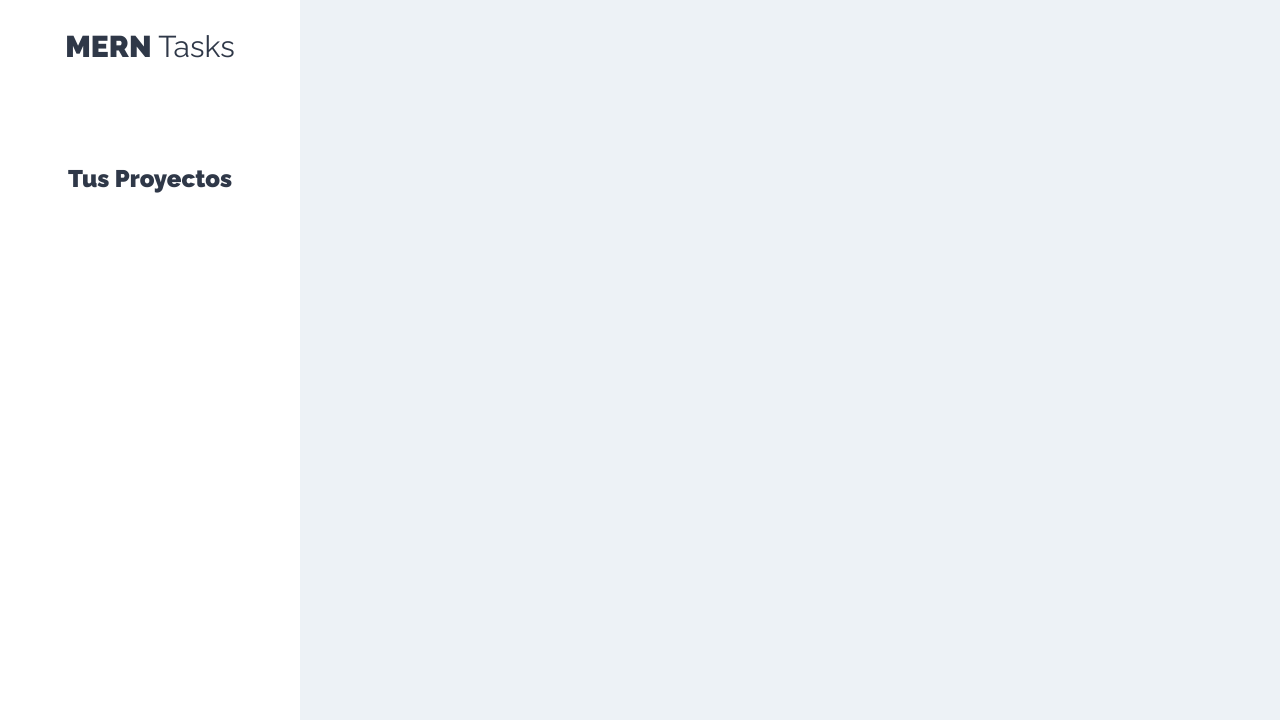
Repository: tive02/MERNTask-cliente
Page: /proyectos
The author's editor kept a copy of each file at every save. The page is drawn from the files as they stood at one save, then again after the next save.
The browser window is 1280 px wide. The pictures show the whole page.
The project was rebuilt for these pictures with package versions that can differ from the ones it lists, and the page was loaded fresh each time. Also part of the build but not shown: src/components/auth/Login.js, src/components/auth/NuevaCuenta.js.

Above is the page before, as saved 2021-03-19 20:49:13.

### public/index.html
<!DOCTYPE html>
<html lang="en">
  <head>
    <meta charset="utf-8" />
    <link rel="icon" href="%PUBLIC_URL%/favicon.ico" />
    <meta name="viewport" content="width=device-width, initial-scale=1" />
    <meta name="theme-color" content="#000000" />
    <meta
      name="description"
      content="Web site created using create-react-app"
    />
    <link rel="apple-touch-icon" href="logo192.png" />

    <link rel="manifest" href="%PUBLIC_URL%/manifest.json" />
    <link
      rel="stylesheet"
      href="https://cdnjs.cloudflare.com/ajax/libs/normalize/8.0.1/normalize.min.css"
    />
    <link
      href="https://fonts.googleapis.com/css?family=Raleway:400,900|Roboto:300,400,700&display=swap"
      rel="stylesheet"
    />
    <title>MERNTasks</title>
  </head>
  <body>
    <noscript>You need to enable JavaScript to run this app.</noscript>
    <div id="root"></div>
  </body>
</html>

### src/index.css
:root {
  --blanco: #ffffff;
  --gris1: #edf2f6;
  --gris2: #2f3848;
  --gris3: #1a202d;
  --negro: #000000;
  --headingFont: "Raleway", sans-serif;
  --textFont: "Roboto", sans-serif;
}
*,
*:before,
*:after {
  box-sizing: inherit;
}
html {
  box-sizing: border-box;
  height: 100%;
  font-size: 62.5%;
}
body {
  min-height: 100%;
  background-color: var(--gris1);
  font-size: 16px;
  font-size: 1.6rem;
  font-family: var(--textFont);
}

h1,
h2 {
  font-family: var(--headingFont);
  font-weight: 900;
  margin: 0 0 4rem 0;
  text-align: center;
  color: var(--gris2);
}
h1 span {
  font-weight: 400;
}
h1 {
  font-size: 3rem;
}
h2 {
  font-size: 2.4rem;
}
ul {
  list-style: none;
  padding: 0;
  margin: 0;
}
a {
  text-decoration: none;
  color: var(--gris2);
}

/** BOTONES **/
.btn {
  margin-top: 2rem;
  font-family: var(--headingFont);
  padding: 1.5rem;
  font-size: 1.4;
  font-weight: 400;
  border-radius: 0.5rem;
  border: none;
  transition: background-color 0.3s ease;
}
.btn:hover {
  cursor: pointer;
}
.btn-primario {
  background-color: var(--gris2);
  color: var(--blanco);
}
.btn-primario:hover {
  background: var(--gris3);
}
.btn-secundario {
  background-color: var(--gris1);
}
.btn-block {
  display: block;
  width: 100%;
}
.btn-submit:hover {
  background-color: var(--gris2);
}
.btn-blank {
  margin: 0;
  padding: 0;
  display: block;
  background-color: transparent;
}

@media (min-width: 768px) {
  .contenedor-app {
    display: flex;
    min-height: 100vh;
  }

  aside {
    background-color: var(--blanco);
    flex: 0 0 300px;
  }
  .seccion-principal {
    flex: 1;
  }
}

/* BARRA LATERAL */
aside {
  padding: 3rem;
}

.formulario-nuevo-proyecto {
  margin-top: 6rem;
}
.formulario-nuevo-proyecto .input-text {
  border-bottom: 1px solid var(--gris2);
  border-radius: 0;
  background-color: var(--gris1);
}
.formulario-nuevo-proyecto .input-text::placeholder {
  color: var(--gris2);
}
.proyectos {
  margin-top: 10rem;
}
.listado-proyectos li {
  margin-bottom: 2rem;
}
.listado-proyectos li a {
  font-size: 1.4rem;
  color: var(--gris2);
  line-height: 1.5;
  font-weight: 300;
}
.app-header {
  display: flex;
  justify-content: space-between;
  background-color: var(--gris2);
  padding: 4rem;
}
.nombre-usuario {
  color: var(--blanco);
  font-size: 2.2rem;
  margin: 0;
}
.nombre-usuario span {
  font-weight: 900;
}
.nav-principal a {
  color: var(--blanco);
  text-decoration: none;
}
.nav-principal a:first-of-type {
  margin-right: 2rem;
}

/** Formulario crear y editar tareas **/
.formulario {
  background-color: var(--gris3);
  padding: 4rem;
}
.formulario form {
  max-width: 600px;
  margin: 0 auto;
}
.contenedor-input {
  display: flex;
}
.contenedor-input label {
  margin-bottom: 1rem;
  color: var(--blanco);
}
.input-text {
  padding: 1rem;
  border: none;
  border-radius: 0.5rem;
  flex: 1;
  width: 100%;
}

/** TAREAS LISTADO **/
.contenedor-tareas {
  padding: 4rem;
}

.listado-tareas {
  max-width: 600px;
  margin: 0 auto;
}

.tarea {
  display: flex;
  justify-content: space-between;
  background-color: var(--blanco);
  padding: 0.5rem 2rem;
  align-items: center;
  margin-bottom: 1rem;
  border-radius: 0.5rem;
}
.sombra {
  -webkit-box-shadow: 0px 4px 10px -3px rgba(117, 117, 117, 1);
  -moz-box-shadow: 0px 4px 10px -3px rgba(117, 117, 117, 1);
  box-shadow: 0px 4px 10px -3px rgba(117, 117, 117, 1);
}
.sombra-dark {
  -webkit-box-shadow: 0px 6px 11px -8px rgba(0, 0, 0, 0.9);
  -moz-box-shadow: 0px 6px 11px -8px rgba(0, 0, 0, 0.9);
  box-shadow: 0px 6px 11px -8px rgba(0, 0, 0, 0.9);
}
.tarea .acciones .btn:first-of-type {
  margin-right: 1rem;
}
.tarea p {
  font-size: 1.6rem;
  flex: 1;
  padding-right: 2rem;
}
.tarea .btn {
  padding: 0.8rem;
  font-size: 1.4rem;
  border-radius: 0;
  margin: 0;
}

.estado {
  margin-right: 1rem;
}
.estado button,
.mensaje {
  font-weight: 900;
  font-family: var(--textFont);
  font-size: 1rem;
  padding: 0.5rem;
  border-radius: 0.5rem;
  cursor: pointer;
  border: none;
}
.mensaje {
  text-align: center;
  font-size: 1.6rem;
  border-radius: 0;
}
.mensaje:hover {
  cursor: default;
}
.completo,
.correcto {
  background-color: rgba(154, 252, 154, 0.3);
  color: var(--gris3);
}
.incompleto {
  background-color: rgba(255, 178, 178, 0.4);
  color: var(--gris3);
}
.error {
  max-width: 600px;
  margin: 2rem auto 0 auto;
  background-color: rgb(170, 0, 0);
  color: var(--blanco);
}

.tarea-enter,
.proyecto-enter {
  opacity: 0;
}
.tarea-enter-active,
.proyecto-enter-active {
  opacity: 1;
  transition: opacity 200ms;
}
.tarea-exit,
.proyecto-exit {
  opacity: 1;
}
.tarea-exit-active,
.proyecto-exit-active {
  opacity: 0;
  transition: opacity 200ms;
}

.form-usuario {
  background-color: var(--gris2);
  height: 100vh;
  min-height: 800px;
  display: flex;
  align-items: center;
  justify-content: center;
}

.contenedor-form {
  padding: 5rem 3rem;
  max-width: 500px;
  width: 95%;
  background-color: var(--blanco);
  border-radius: 1rem;
}

.campo-form {
  display: flex;
  margin-bottom: 2rem;
  align-items: center;
}
.campo-form:last-of-type {
  margin: 0;
}
.campo-form label {
  flex: 0 0 100px;
  font-family: var(--textFont);
}
.campo-form input[type="password"],
.campo-form input[type="email"],
.campo-form input[type="text"] {
  border: 1px solid #e1e1e1;
  padding: 1rem;
  flex: 1;
}

.enlace-cuenta {
  margin-top: 2rem;
  display: block;
  opacity: 0.7;
}

### src/App.js
import React from "react";
import { BrowserRouter as Router, Switch, Route } from "react-router-dom";
import Login from "./components/auth/Login";
import NuevaCuenta from "./components/auth/NuevaCuenta";
import Proyectos from "./components/proyectos/Proyectos";

function App() {
  return (
    <Router>
      <Switch>
        <Route exact path="/" component={Login} />
        <Route exact path="/nueva-cuenta" component={NuevaCuenta} />
        <Route exact path="/proyectos" component={Proyectos} />
      </Switch>
    </Router>
  );
}

export default App;

### src/components/proyectos/Proyectos.js
import React from "react";
import Sidebar from "../layout/Sidebar";
const Proyectos = () => {
  return (
    <div className="contenedor-app">
      <Sidebar />

      <div className="seccion-principal">
        <main>
          <div className="contenedor-tareas"></div>
        </main>
      </div>
    </div>
  );
};

export default Proyectos;

### src/components/layout/Sidebar.js
import React from "react";

const Sidebar = () => {
  return (
    <aside>
      <h1>
        MERN <span>Tasks</span>
      </h1>
      <div className="proyectos">
        <h2>Tus Proyectos</h2>
      </div>
    </aside>
  );
};

export default Sidebar;

### src/components/proyectos/NuevoProyecto.js
import React, { Fragment } from "react";

const NuevoProyecto = () => {
  return (
    <Fragment>
      <button className="btn btn-block btn-primario" type="button">
        Nuevo Proyecto
      </button>
      <form className="formulario-nuevo-proyecto">
        <input
          type="text"
          className="input-text"
          placeholder="Nombre Proyecto"
          name="nombre"
        />
        <input
          type="submit"
          className="btn btn-block btn-primario"
          value="Agregar Proyecto"
        />
      </form>
    </Fragment>
  );
};

export default NuevoProyecto;

Loaded but not shown: src/index.js (common file); src/reportWebVitals.js (common file)

After the next save:
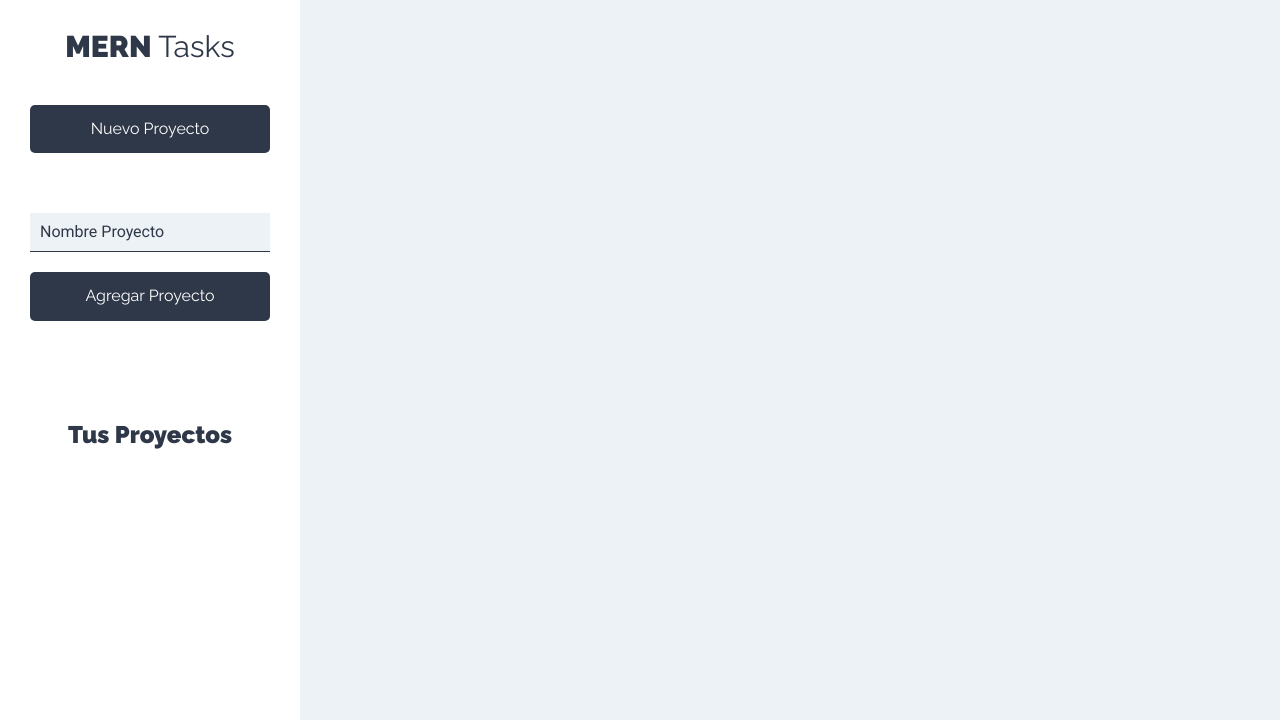
Saved 38 s later.
--- a/src/components/layout/Sidebar.js
+++ b/src/components/layout/Sidebar.js
@@ -1,4 +1,5 @@
 import React from "react";
+import NuevoProyecto from "../proyectos/NuevoProyecto";
 
 const Sidebar = () => {
   return (
@@ -6,6 +7,7 @@ const Sidebar = () => {
       <h1>
         MERN <span>Tasks</span>
       </h1>
+      <NuevoProyecto />
       <div className="proyectos">
         <h2>Tus Proyectos</h2>
       </div>
